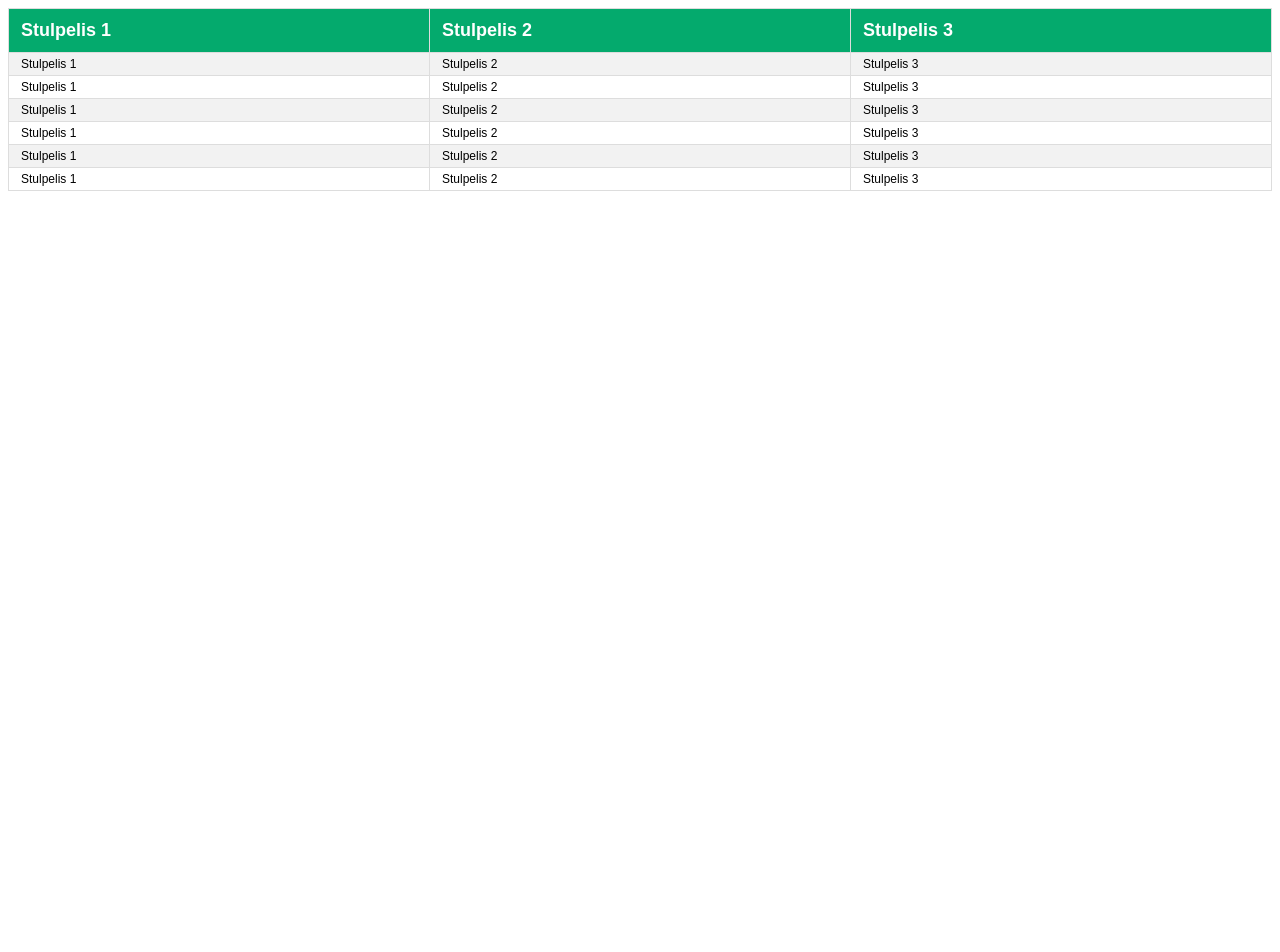
Repository: motiejus1/10-paskaita-05.31
Page: index.html
These files come from the project's save history. The page is drawn as it stood at one moment and after a run of saves; the edit follows.
The browser window is 1280 px wide. The pictures show the part of the page from y = 0 to 952 px (the page is 3199 px tall before and 3211 px after).
Backgrounds fixed to the window are drawn as part of the page.

Above is the page before, as saved 2021-06-16 20:15:38.

After the next 2 saves:
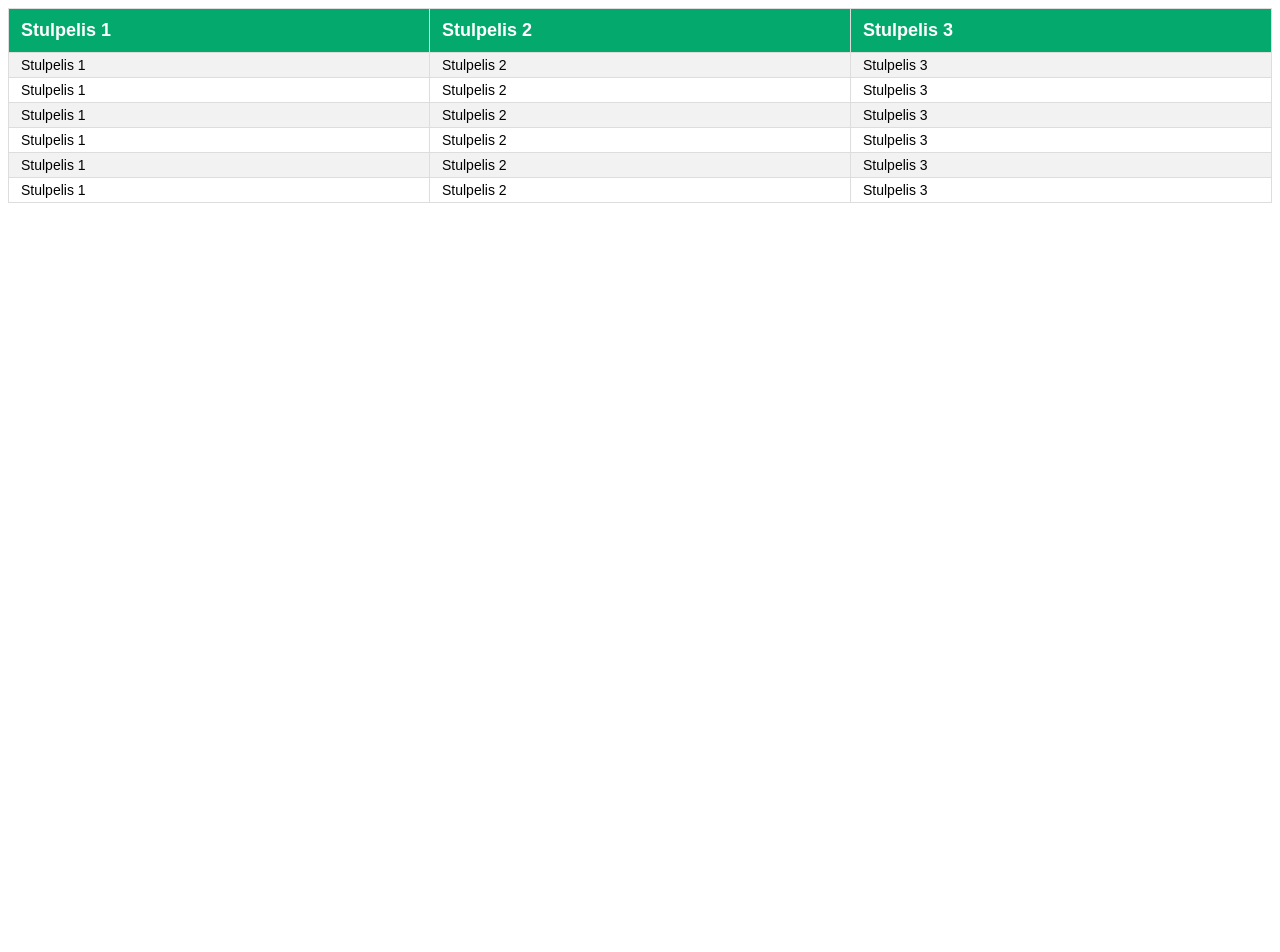
The 2 saves are shown as one change because they came seconds apart.
The last was saved 13 s later.
--- a/index.html
+++ b/index.html
@@ -82,7 +82,7 @@
         td {
             padding-top: 4px;
             padding-bottom: 4px;
-            font-size: 0.6667rem;
+            font-size: 0.7778rem;
         }
 
         tr:nth-child(even) {
